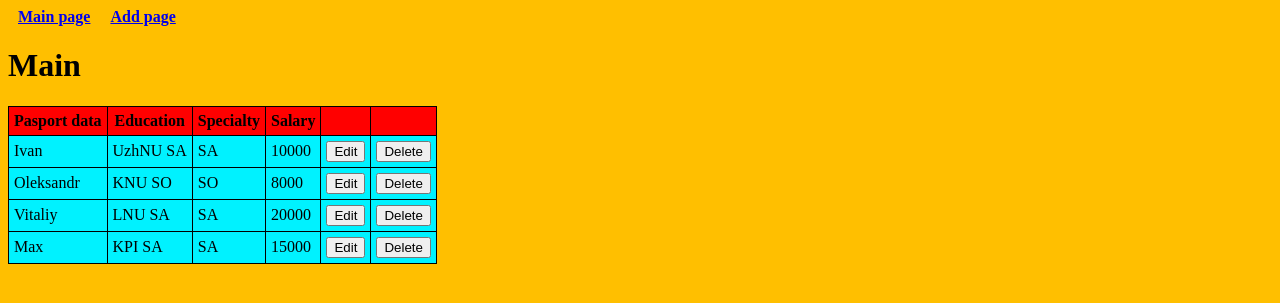
Repository: Alan-Melnychenko/vue
Page: / (app in Project/)
The author's editor kept a copy of each file at every save. The page is drawn from the files as they stood at one save, then again after the next save.
The browser window is 1280 px wide. The pictures show the whole page.
The project was rebuilt for these pictures with package versions that can differ from the ones it lists, and the page was loaded fresh each time. Also part of the build but not shown: Project/vue.config.js, Project/src/pages/Add/index.vue, Project/src/pages/Edit/index.vue.

Above is the page before, as saved 2022-11-08 23:25:34.

### Project/src/App.vue
<template>
  <div>
    <header>
      <router-link class="link" to="/"><b>Main page</b></router-link>
      <router-link class="link" to="/add"><b>Add page</b></router-link>
    </header>
    <main>
      <router-view></router-view>
    </main>
  </div>
</template>
<script>
export default {
  name: "App",
  components: {},
};
</script>

<style>
table {
  background-color: rgb(0, 242, 255);
}
body {
  background-color: rgb(255, 191, 0);
}
.link {
  margin: 10px;
}
table {
  border-collapse: collapse;
  border: 1px solid black;
  padding: 2px;
}
th {
  background-color: red;
  border: 1px solid black;
  padding: 5px;
}
td {
  border: 1px solid black;
  padding: 5px;
}
</style>

### Project/src/router.js
import { createRouter, createWebHashHistory } from "vue-router";

import MainPage from "./pages/Main/index.vue";
import AddPage from "./pages/Add/index.vue";
import EditPage from "./pages/Edit/index.vue";

const routes = [
  {
    path: "/",
    name: "main",
    component: MainPage,
  },
  {
    path: "/add",
    name: "add",
    component: AddPage,
  },
  {
    path: "/edit/:id?",
    name: "edit",
    component: EditPage,
  },
];

const router = createRouter({
  history: createWebHashHistory(),
  routes,
});

export default router;

### Project/src/store/index.js
import { createStore } from "vuex";

const store = createStore({
  state() {
    return {
      listData: [
        {
          id: 0,
          pasport: "Ivan",
          education: "UzhNU SA",
          specialty: "SA",
          salary: 10000,
        },
        {
          id: 1,
          pasport: "Oleksandr",
          education: "KNU SO",
          specialty: "SO",
          salary: 8000,
        },
        {
          id: 2,
          pasport: "Vitaliy",
          education: "LNU SA",
          specialty: "SA",
          salary: 20000,
        },
        {
          id: 3,
          pasport: "Max",
          education: "KPI SA",
          specialty: "SA",
          salary: 15000,
        },
      ],
    };
  },
  getters: {
    getAllListData: (state) => state.listData,
    getEmployeeById: (state) => (id) => {
      return state.listData[id];
    },
  },

  mutations: {
    addNewEmployee(state, arr) {
      state.listData.push(arr);
    },
    editEmployee(state, arr) {
      state.listData[arr[0]] = arr[1];
    },
    deleteEmployee(state, id) {
      state.listData = state.listData.filter((item) => item.id !== id);
    },
  },
  actions: {
    addNewEmployeeAction({ commit }, arr) {
      commit("addNewEmployee", arr);
    },
    editEmployeeAction({ commit }, arr) {
      commit("editEmployee", arr);
    },
    deleteEmployeeAction({ commit }, id) {
      commit("deleteEmployee", id);
    },
  },
});

export default store;

### Project/src/pages/Main/index.vue
<template>
  <div>
    <h1>Main</h1>
    <table>
      <tr>
        <th>Pasport data</th>
        <th>Education</th>
        <th>Specialty</th>
        <th>Salary</th>
        <th></th>
        <th></th>
      </tr>
      <employee-card
        v-for="item in getAllListData"
        :key="item.id"
        :pasport="item.pasport"
        :education="item.education"
        :specialty="item.specialty"
        :salary="item.salary"
      />
    </table>
  </div>
</template>

<script>
import employeeCard from "@/components/employee.vue";
import { mapGetters } from "vuex";
export default {
  name: "MainPage",
  components: {
    employeeCard,
  },
  computed: {
    ...mapGetters(["getAllListData"]),
  },
  methods: {
    goToAdd() {
      this.$router.push({ path: "/add" });
    },
    goToEdit() {
      this.$router.push({ path: "/edit" });
    },
  },
};
</script>

<style lang="css" scoped></style>

### Project/src/components/employee.vue
<template>
  <tr>
    <td>{{ pasport }}</td>
    <td>{{ education }}</td>
    <td>{{ specialty }}</td>
    <td>{{ salary }}</td>
    <td><button @click="onEdit(id)">Edit</button></td>
    <td><button @click="onDelete(id)">Delete</button></td>
  </tr>
</template>

<script>
import { mapActions } from "vuex";
export default {
  name: "employeeCard",

  props: {
    id: {
      type: Number,
      default: 0,
    },
    pasport: {
      type: String,
      default: "No pasport data",
    },
    education: {
      type: String,
      default: "No education",
    },
    specialty: {
      type: String,
      default: "No specialty",
    },
    salary: {
      type: Number,
      default: 0,
    },
  },
  methods: {
    ...mapActions(["deleteEmployeeAction"]),
    onEdit(id) {
      this.$router.push({
        name: "edit",
        params: { id: id },
      });
    },
    onDelete(id) {
      this.deleteEmployeeAction(id);
    },
  },
};
</script>

<style lang="css" scoped></style>

Loaded but not shown: Project/public/index.html (common file); Project/src/main.js (common file)

After the next save:
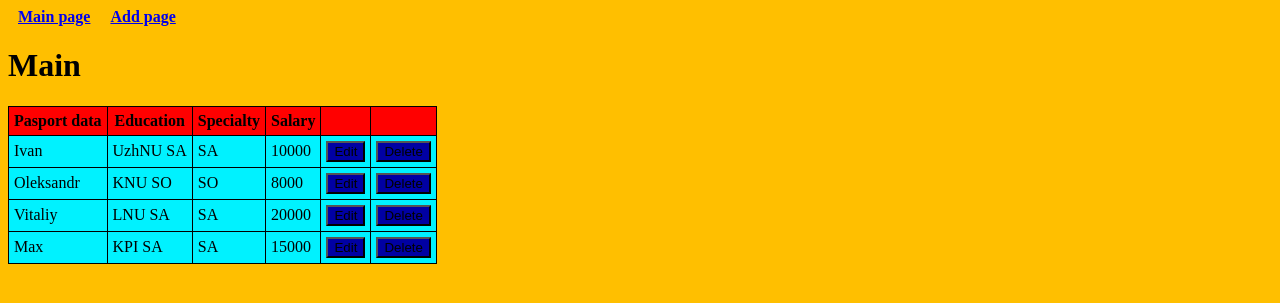
Saved 74 s later.
--- a/Project/src/App.vue
+++ b/Project/src/App.vue
@@ -17,6 +17,9 @@ export default {
 </script>
 
 <style>
+button {
+  background-color: rgb(0, 0, 163);
+}
 table {
   background-color: rgb(0, 242, 255);
 }
